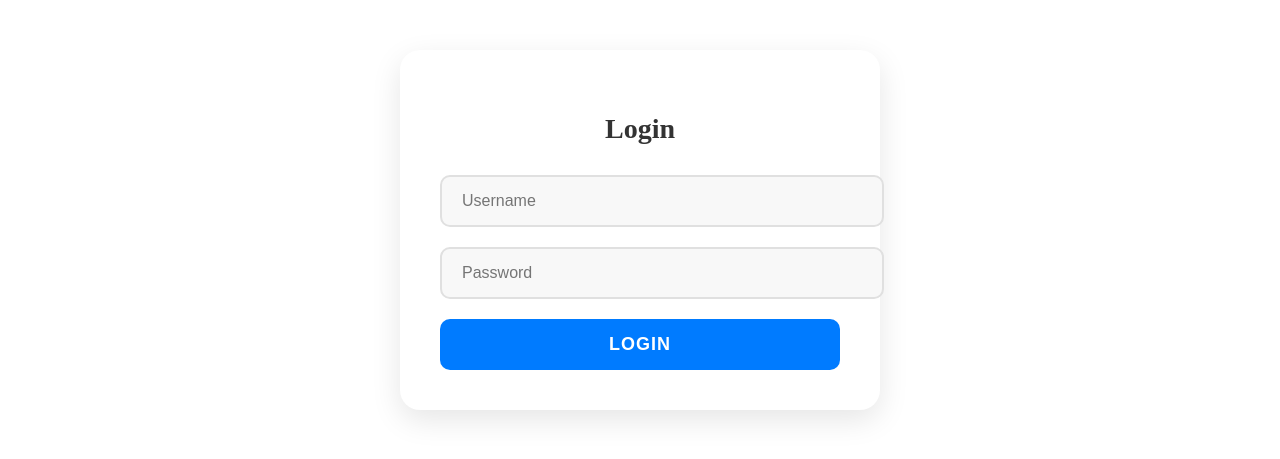
Repository: mdmisri/needy-talk
Page: /login (app in frontend/talk-d1/)
An editor plug-in stored every save of this project. The page is shown before and after the next save, followed by the edit.
The browser window is 1280 px wide. The pictures show the whole page.
The page's requests for data from a server got no answer. The project was rebuilt for these pictures with package versions that can differ from the ones it lists, and the page was loaded fresh each time. No one was signed in, and anything a server would have sent is missing. Also part of the build but not shown: frontend/talk-d1/src/components/Register/Register.css, frontend/talk-d1/src/components/Register/Register.js, frontend/talk-d1/src/conversationUtils.js, frontend/talk-d1/src/hooks/useConversation.js, frontend/talk-d1/src/components/Chat/styles/Message.css, frontend/talk-d1/src/components/Chat/Message.js, frontend/talk-d1/src/components/Chat/ChatBox.js, frontend/talk-d1/src/components/Chat/AdminChatBox.js and 3 more.

Above is the page before, as saved 2024-07-28 14:51:42.

After the next save:
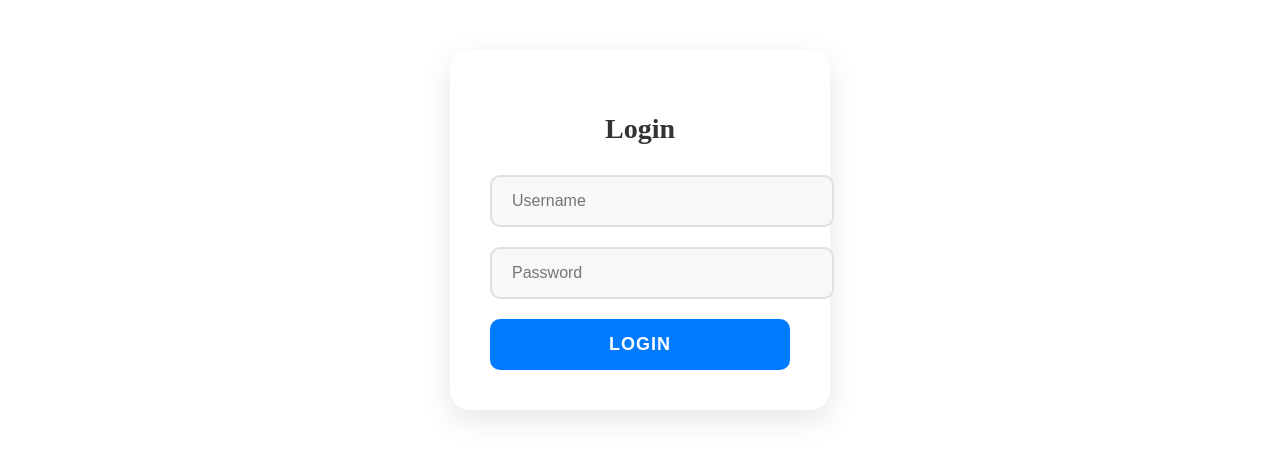
Saved 25 s later.
--- a/frontend/talk-d1/src/components/Login/Login.css
+++ b/frontend/talk-d1/src/components/Login/Login.css
@@ -1,5 +1,5 @@
 .login-container {
-    max-width: 400px;
+    max-width: 300px;
     margin: 50px auto;
     padding: 40px;
     background: #ffffff;
